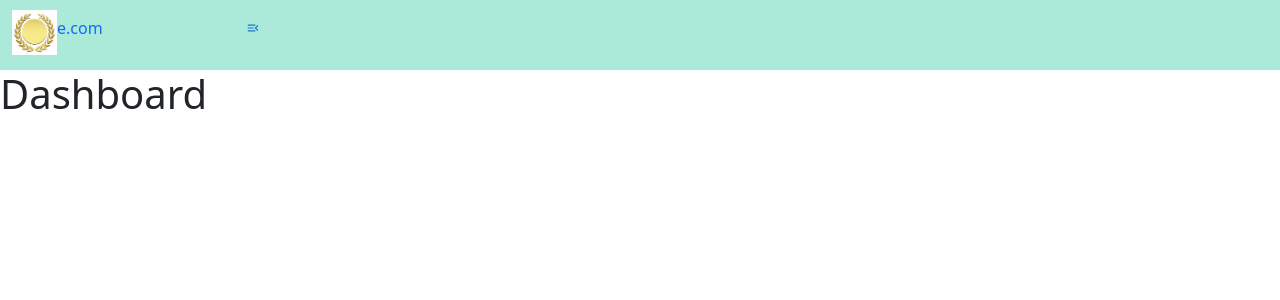
Repository: gautamsonam011/admin-react-dashboard
Page: /
The author's editor kept a copy of each file at every save. The page is drawn from the files as they stood at one save, then again after the next save.
The browser window is 1280 px wide. The pictures show the whole page.
The project was rebuilt for these pictures with package versions that can differ from the ones it lists, and the page was loaded fresh each time.

Above is the page before, as saved 2025-04-14 13:27:25.

### src/App.js
import { BrowserRouter, Routes, Route } from 'react-router-dom';
import './App.css';
import 'bootstrap/dist/css/bootstrap.min.css';
import Dashboard from './pages/Dashboard/Dashboard';
import Header from "./components/Header/index";
function App() {
  return (
    <BrowserRouter>
    <Header/>
    <Routes>
      <Route path = "/" exact={true} element={<Dashboard/>} />
    </Routes>
    </BrowserRouter>
  );
}

export default App;

### src/App.css
@import url('https://fonts.googleapis.com/css2?family=Ubuntu:ital,wght@0,300;0,400;0,500;0,700;1,300;1,400;1,500;1,700&display=swap');

body{
  font-family: "Ubuntu", sans-serif;
  background-color: #ebe9e9;

}

header{
  width:100%;
  height: 70px;
  background-color:#abe9d9;
}
header .logo{
  text-decoration: none;
}
header .logo img{
  margin-top: 10px;
  width:45px;

}

header .logo span{
color: coral;
font-weight: bolder;
font-size: 24px;
}
header button .rounded-circle{min-width:40px !important; width:40px !important; height: 40px !important; background-color:#f0f5ff !important}
header button .rounded-circle svg{color:rgb(29, 27, 27); font-size: 18px !important;}
.searchBox{width:400px; height: 40px; background-color:#ebe9e9; border-radius: 6px;padding: 3px 15px;}
.searchBox input{background: transparent;border:0px; outline:none; padding-left: 5px; font-size: 15px; color:#292929}
.searchBox input::-webkit-input-placeholder{color:#292929}
.searchBox svg{font-size: 18px; color:#292929 ;}

### src/pages/Dashboard/Dashboard.jsx
const Dashboard = () =>{
    return (
        <>
        <h1>Dashboard</h1>
        </>
    )
}

export default Dashboard;

### src/components/Header/index.jsx
import {Link} from "react-router-dom";
import logo from "../../assests/images/logo.jpg";
import Button from '@mui/material/Button';
import { MdMenuOpen } from "react-icons/md";
import { MdOutlineMenu } from "react-icons/md";


const Header = () =>{
    return (
        <>
        <header>
            <div className="container-fluid">
                <div className="row d-flex align-items-center w-100">
                    {/* logo */}
                    <div className="col-sm-2">
                        <Link to="/" className="d-flex align-items-center logo">
                        <img src={logo} alt="logo"/>
                        <spam className="ml-2">e.com</spam>
                        </Link>
                    </div>
                    <div className="col-sm-1 d-flex align-items-center pl-4">
                    <Button className="rounded-circle"><MdMenuOpen/></Button>
                    </div>
                    <div>

                    </div>
                </div>
            </div>
        </header>
        </>
    )
}

export default Header

### src/components/SearchBox.jsx
import { FaSearch } from "react-icons/fa";

const SearchBox = () =>{
    return (
        <div className="searchBox position-relative d-flex align-items-center">
            <FaSearch className="mr-2" />
            <input type="text" placeholder="Search here"  />
        </div>
    )
}

export default SearchBox;

Loaded but not shown: public/index.html (common file); src/index.js (common file); src/reportWebVitals.js (common file)

After the next save:
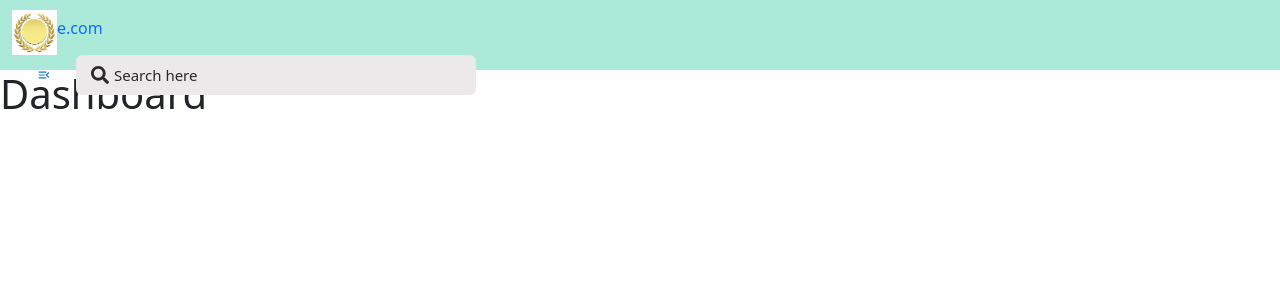
Saved 71 s later.
--- a/src/components/Header/index.jsx
+++ b/src/components/Header/index.jsx
@@ -3,6 +3,7 @@ import logo from "../../assests/images/logo.jpg";
 import Button from '@mui/material/Button';
 import { MdMenuOpen } from "react-icons/md";
 import { MdOutlineMenu } from "react-icons/md";
+import SearchBox from "../SearchBox";
 
 
 const Header = () =>{
@@ -18,8 +19,9 @@ const Header = () =>{
                         <spam className="ml-2">e.com</spam>
                         </Link>
                     </div>
-                    <div className="col-sm-1 d-flex align-items-center pl-4">
+                    <div className="col-sm3 d-flex align-items-center pl-4">
                     <Button className="rounded-circle"><MdMenuOpen/></Button>
+                    <SearchBox/>
                     </div>
                     <div>
 
